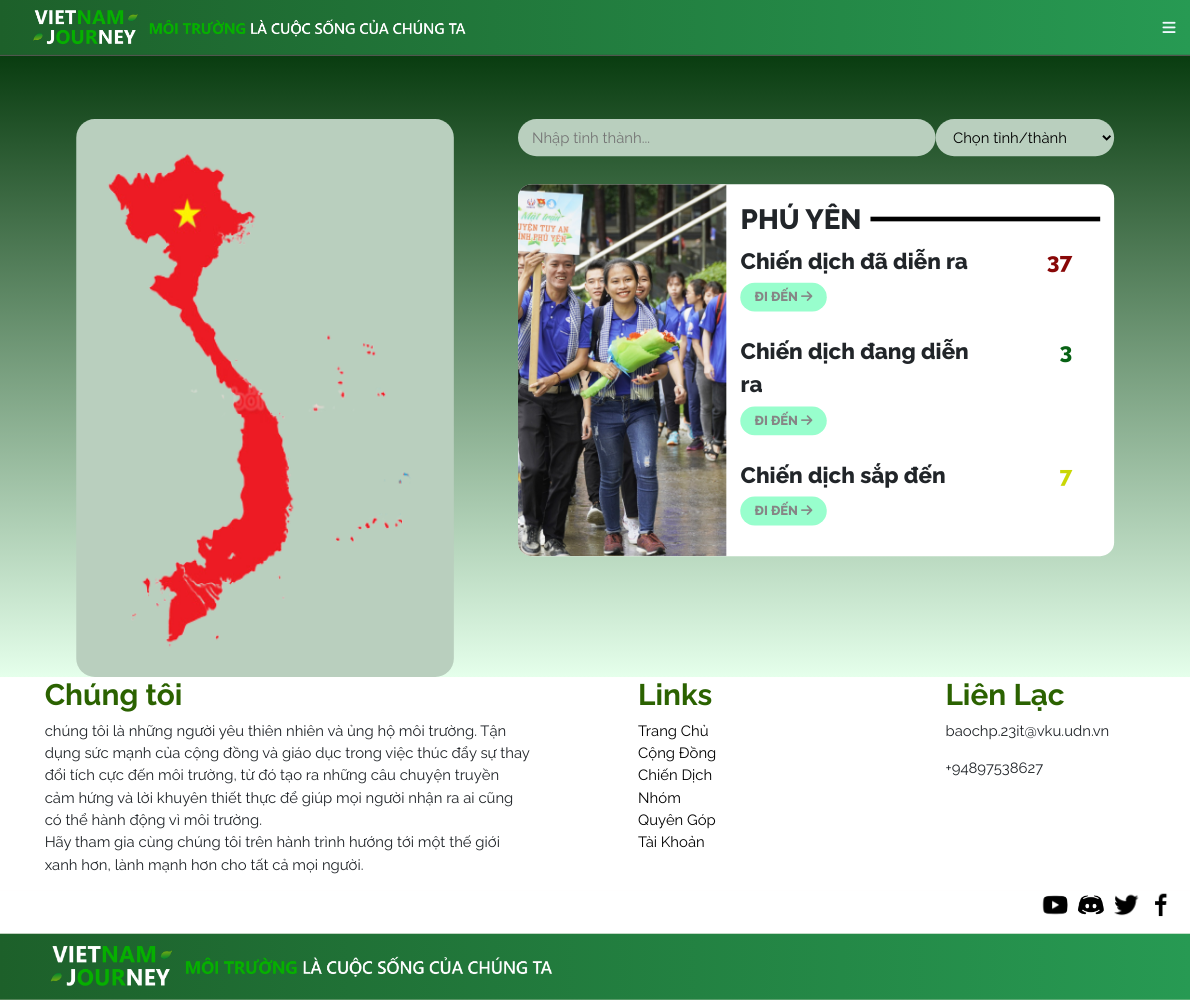
Repository: Boima12/Boima12.github.io_VietnamJourney
Page: HTML/ChienDich/ChienDich.html
The author's editor kept a copy of each file at every save. The page is drawn from the files as they stood at one save, then again after the next save.
The browser window is 1280 px wide. The pictures show the whole page, at 93% of full size.

Above is the page before, as saved 2024-05-25 08:26:33.

After the next save:
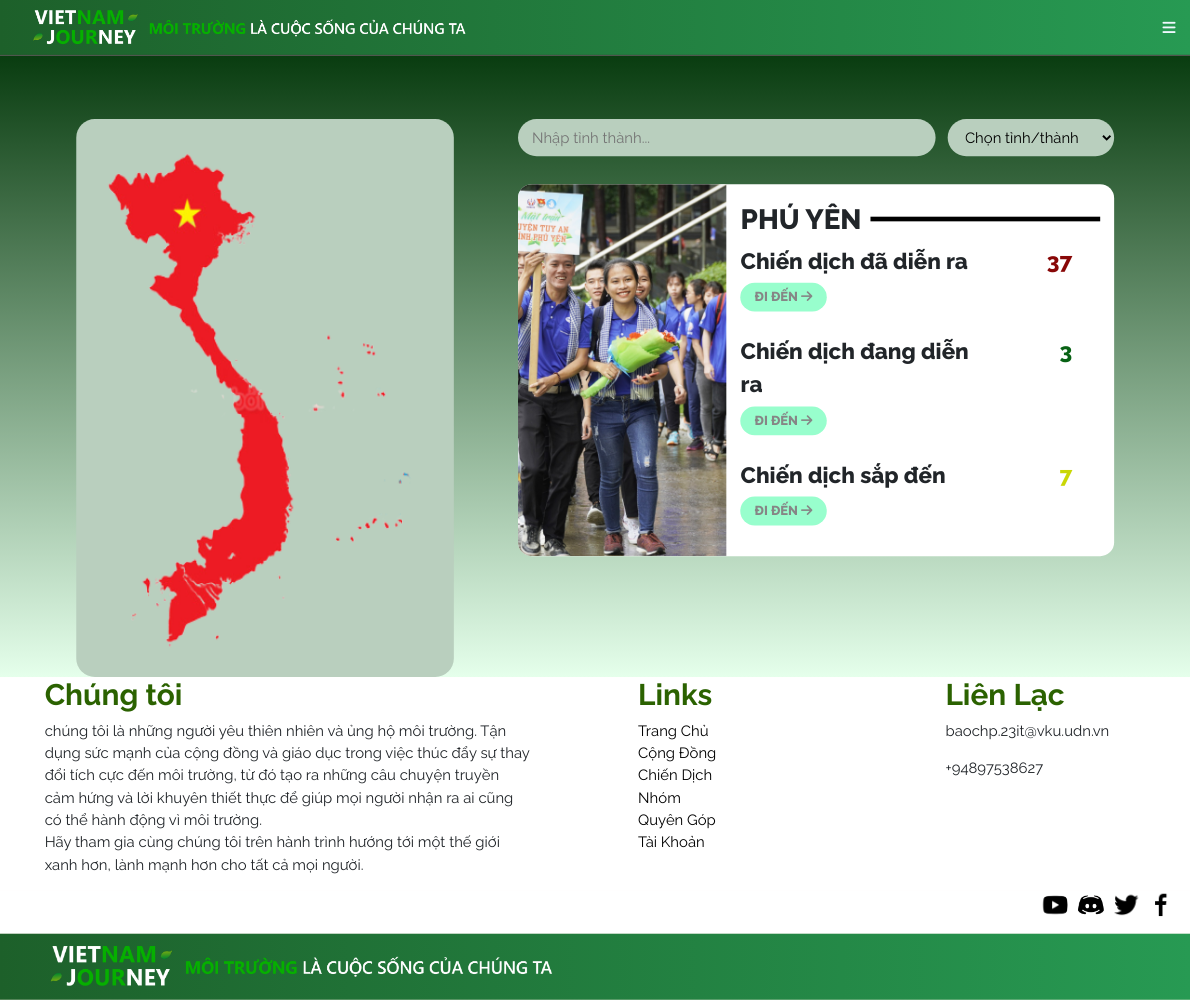
Saved 14 s later.
--- a/HTML/ChienDich/ChienDich.css
+++ b/HTML/ChienDich/ChienDich.css
@@ -224,7 +224,7 @@ header #sidebar div.sidebar-content i {
 .right .search #province {
     background-color: #B9CFBE;
     height: 100%;
-    width: 30%;
+    width: 28%;
     border-radius: 40px;
     border: none;
     padding: 5px 15px 5px 15px;
